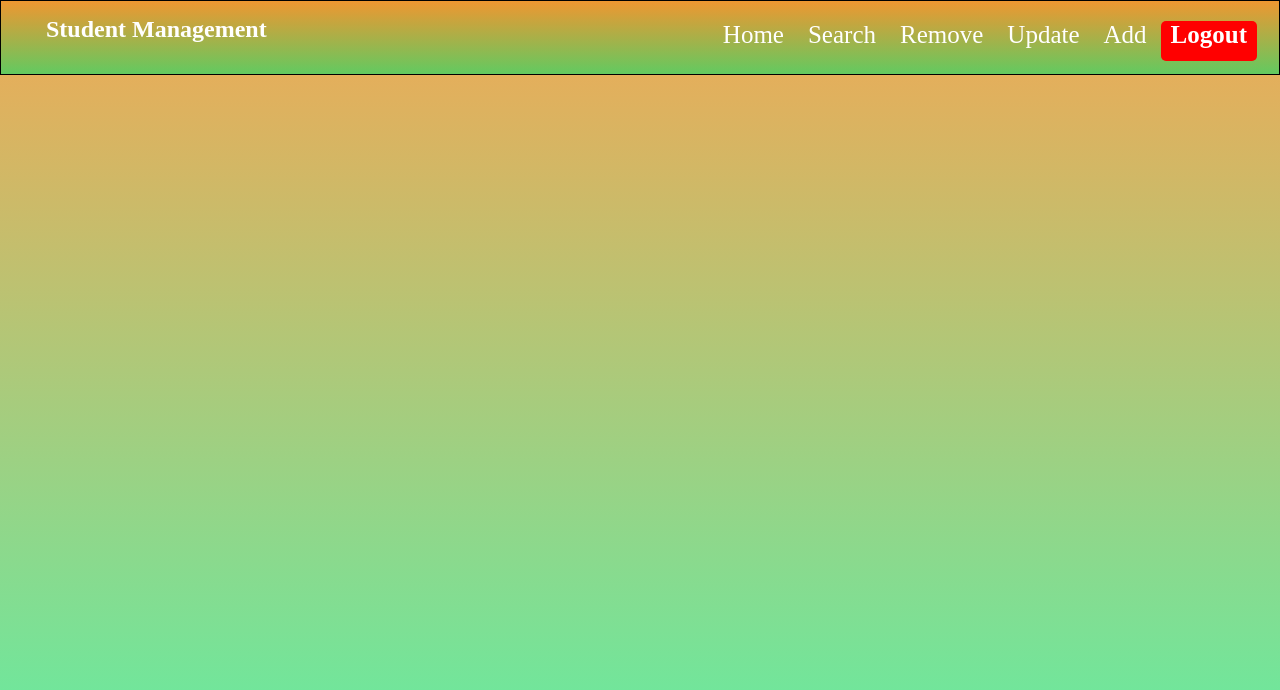
Repository: vishaltawar/J2EE-WEJE-2
Page: http://localhost/studentapp/AdminHome.jsp
An editor plug-in stored every save of this project. The page is shown before and after the next save, followed by the edit.
The browser window is 1280 px wide. The pictures show the whole page.
The page is served by Tomcat 9.

Above is the page before, as saved 2022-12-26 06:56:02.

### studentapp/src/main/webapp/AdminHome.jsp
<%@ page language="java" contentType="text/html; charset=UTF-8"
    pageEncoding="UTF-8"%>
<!DOCTYPE html>
<html>
<head>
<meta charset="UTF-8">
<title>Admin Home</title>
<style>
        * {
            margin: 0;
            padding: 0;
            box-sizing: border-box;
        }

        body {
            min-width: 700px;
            height: 100vh;
            background: linear-gradient(rgba(238, 146, 40, 0.795),rgba(20, 218, 99, 0.624)) no-repeat center center /cover;;


        }

        nav {

            border: 1px solid;
            padding: 10px;
            min-width: 700px;


            height: 75px;
            background: linear-gradient(rgba(238, 146, 40, 0.795),rgba(20, 218, 99, 0.624));
            display: flex;
            justify-content: space-between;
        }

        .logo {
            /*border: 1px solid;*/
            padding: 5px 0px 0px 35px;
            min-width: 250px;
            color: white;
            cursor: pointer;
        }

        .logo:hover {
            color: orangered;
            border-radius: 8px;
        }

        ul {
            /*border: 1px solid;*/
            display: flex;
            padding: 10px;
        }

        ul li {
            /*border: 1px solid  red;*/
            margin: 0 2px;
            list-style: none;

        }

        ul li:hover {
            background-color: rgba(241, 235, 235, 0.622);
            border-radius: 5px;
        }

        ul li a:hover {
            color: black;
            border-radius: 5px;
        }

        ul li a {
            /* border: 1px solid;*/
            color: white;
            text-decoration: none;
            padding: 5px 10px;
            font-size: 25px;
        }
        #logout{
        background-color: red;
        font-size:25px;
        font-weight: bolder;
        height: 40px;
        border-radius: 5px;
        }
    </style>
</head>

<body>
    <nav>
        <div class="logo">
            <h2>Student Management</h2>
        </div>
        <ul>
            <li><a href="#">Home</a></li>
            <li><a href="#">Search</a></li>
            <li><a href="#">Remove</a></li>
            <li><a href="#">Update</a></li>
            <li><a href="#">Add</a></li>
            <li id="logout" ><a href="#">Logout</a></li>
        </ul>
    </nav>
</body>
</html>

After the next save:
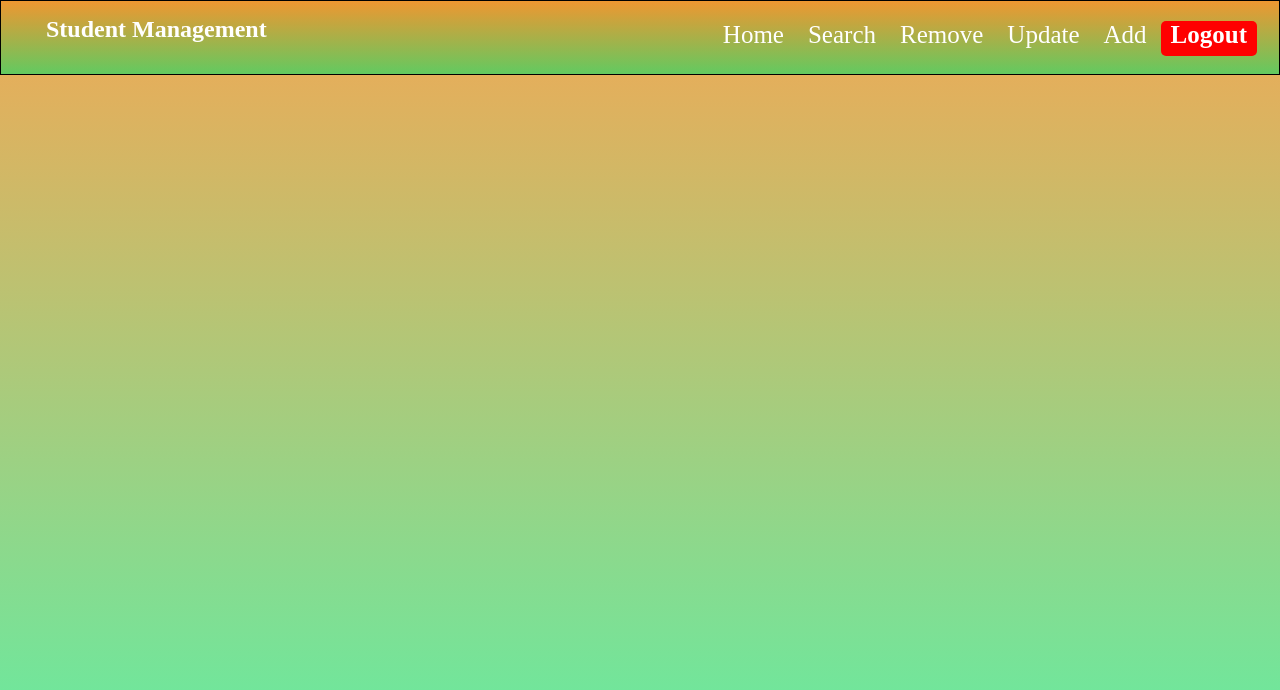
Saved 22 s later.
--- a/studentapp/src/main/webapp/AdminHome.jsp
+++ b/studentapp/src/main/webapp/AdminHome.jsp
@@ -80,7 +80,7 @@
         background-color: red;
         font-size:25px;
         font-weight: bolder;
-        height: 40px;
+        height: 35px;
         border-radius: 5px;
         }
     </style>
